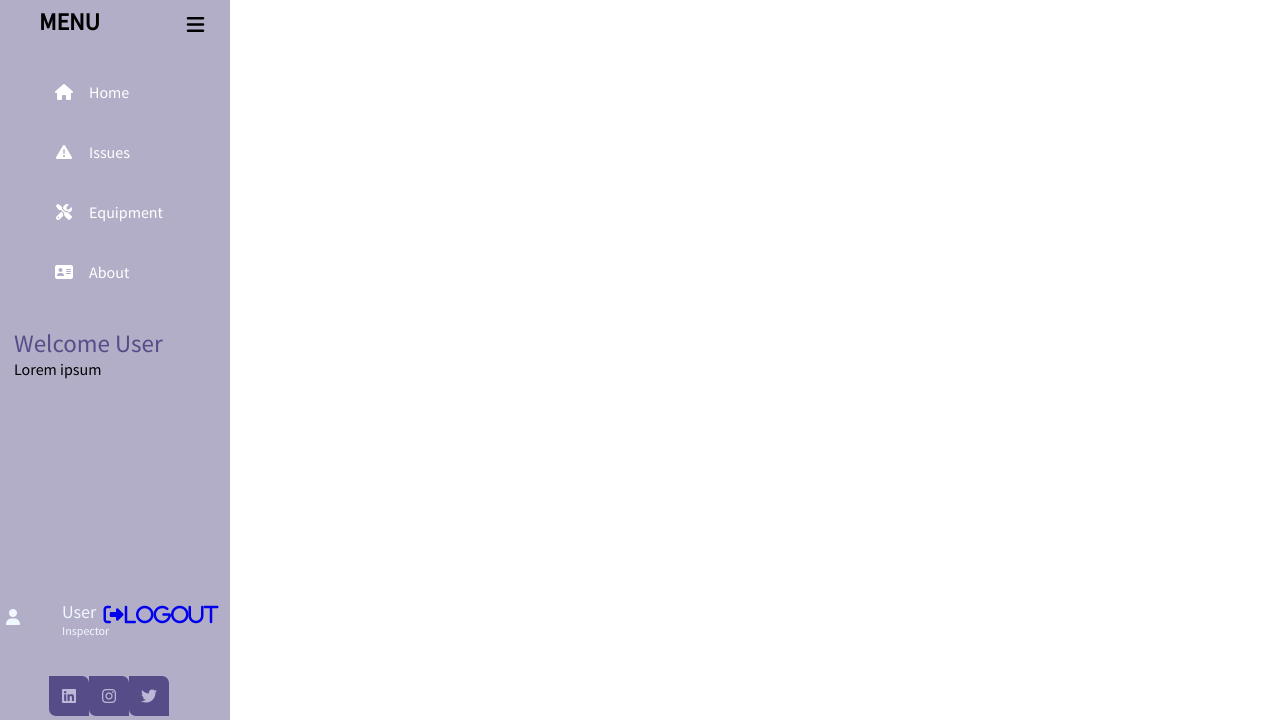
Repository: Lungdjos/ZescoIssueTS
Page: zits/src/main/resources/templates/about_us.html
An editor plug-in stored every save of this project. The page is shown before and after a run of saves, followed by the edit.
The browser window is 1280 px wide. The pictures show the whole page.
Some web libraries are served in a nearby version.

Above is the page before, as saved 2021-07-10 04:30:32.

After the next 4 saves:
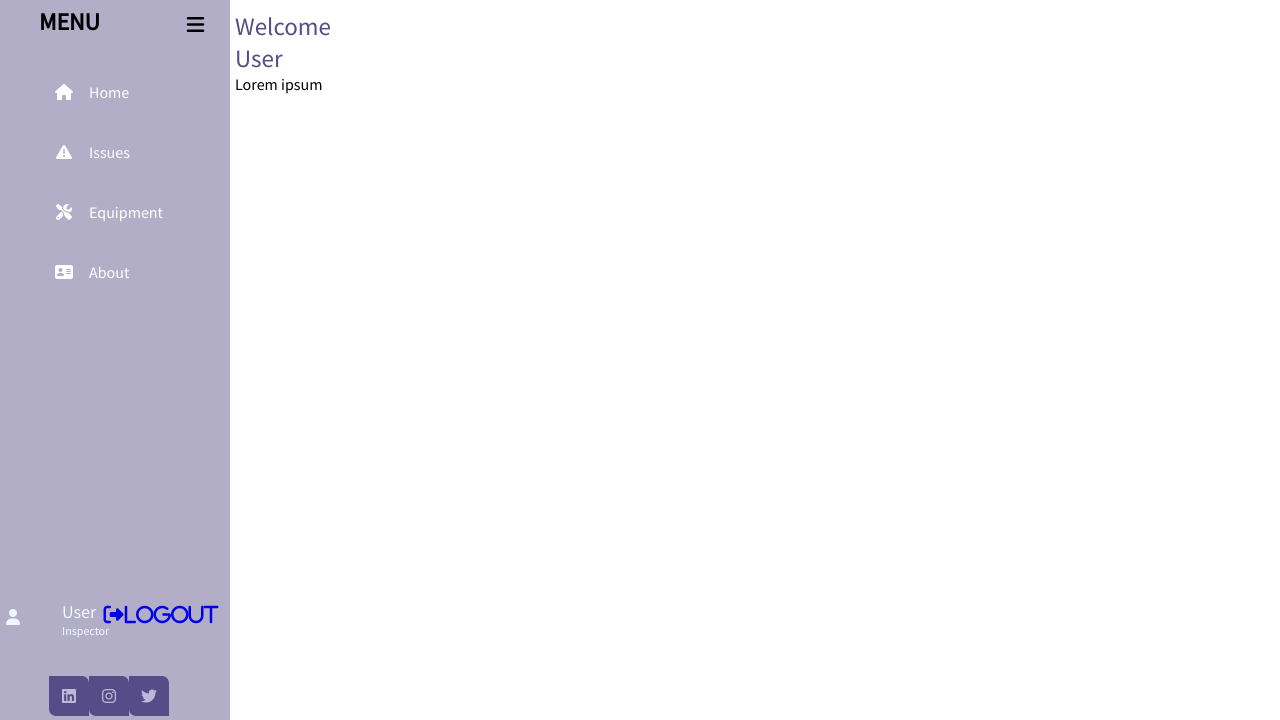
The 4 saves are shown as one change because they came seconds apart.
The last was saved 13 s later.
--- a/zits/src/main/resources/templates/css/styles.css
+++ b/zits/src/main/resources/templates/css/styles.css
@@ -170,7 +170,8 @@
 }
 
 .main_content {
-    tp position: absolute;
+    top: 0;
+    position: absolute;
     height: 100%;
     width: calc(100%-235);
     left: 235px;

After the 2 saves that followed:
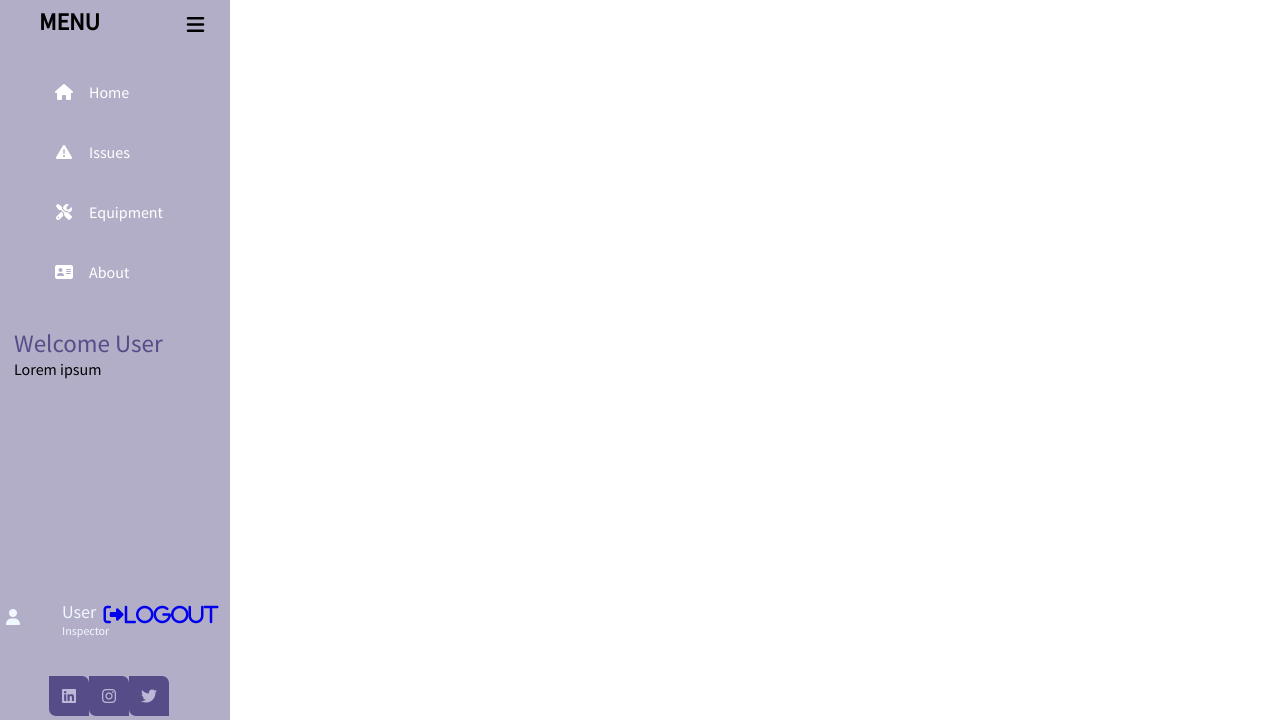
The 2 saves are shown as one change because they came seconds apart.
The last was saved 28 s later.
--- a/zits/src/main/resources/templates/css/styles.css
+++ b/zits/src/main/resources/templates/css/styles.css
@@ -171,8 +171,7 @@
 
 .main_content {
     top: 0;
-    position: absolute;
-    height: 100%;
+    position: height: 100%;
     width: calc(100%-235);
     left: 235px;
 }
